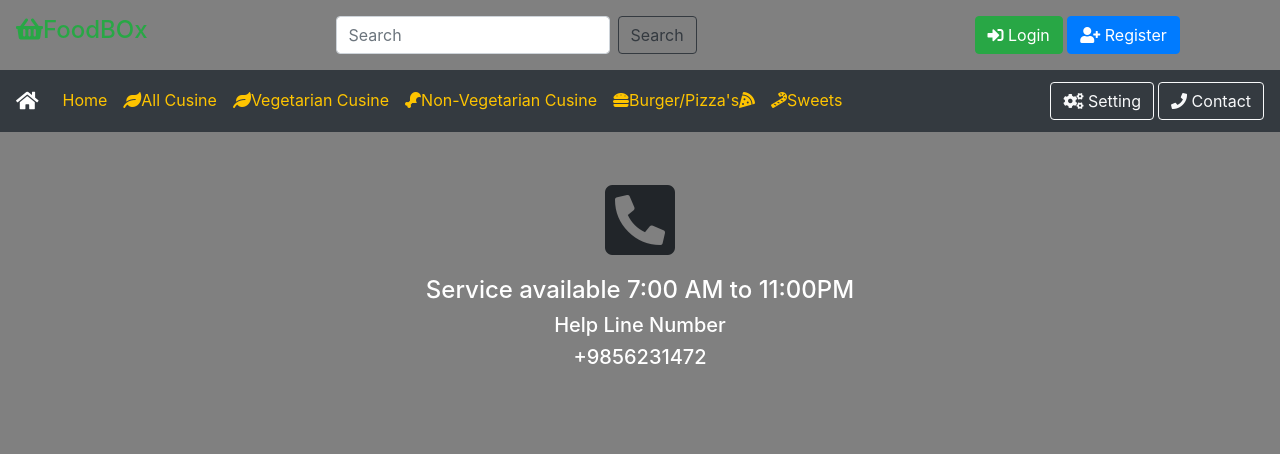
Repository: debjaniprofessional32/Capstone-Final-FoodBox-Delivery-Project
Page: http://localhost/OnlinFoodBOX/helpcenter.jsp
An editor plug-in stored every save of this project. The page is shown before and after the next save, followed by the edit.
The browser window is 1280 px wide. The pictures show the whole page.
Some web libraries are served in a nearby version. The page is served by Tomcat 9.

Above is the page before, as saved 2022-12-23 13:27:32.

After the next save:
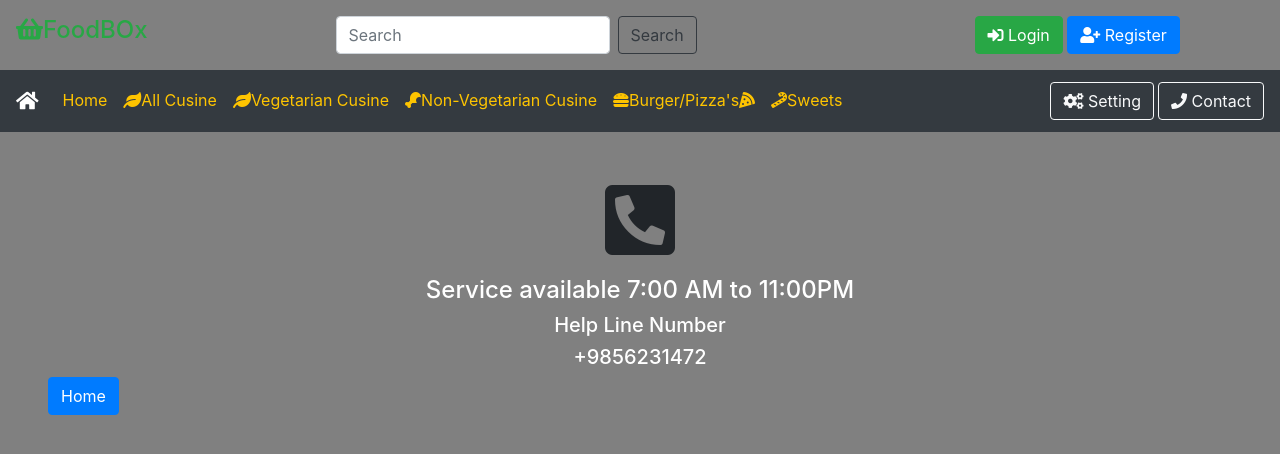
Saved 96 s later.
--- a/OnlinFoodBOX/src/main/webapp/helpcenter.jsp
+++ b/OnlinFoodBOX/src/main/webapp/helpcenter.jsp
@@ -15,6 +15,7 @@
 <h4 class="text-center text-white" >Service available 7:00 AM to 11:00PM</h4>
 <h5 class="text-center text-white">Help Line Number</h5>
 <h5 class="text-center text-white">+9856231472</h5>
+<a href="index.jsp" class="btn btn-primary">Home</a>
 </p>
 </div>
 </body>
